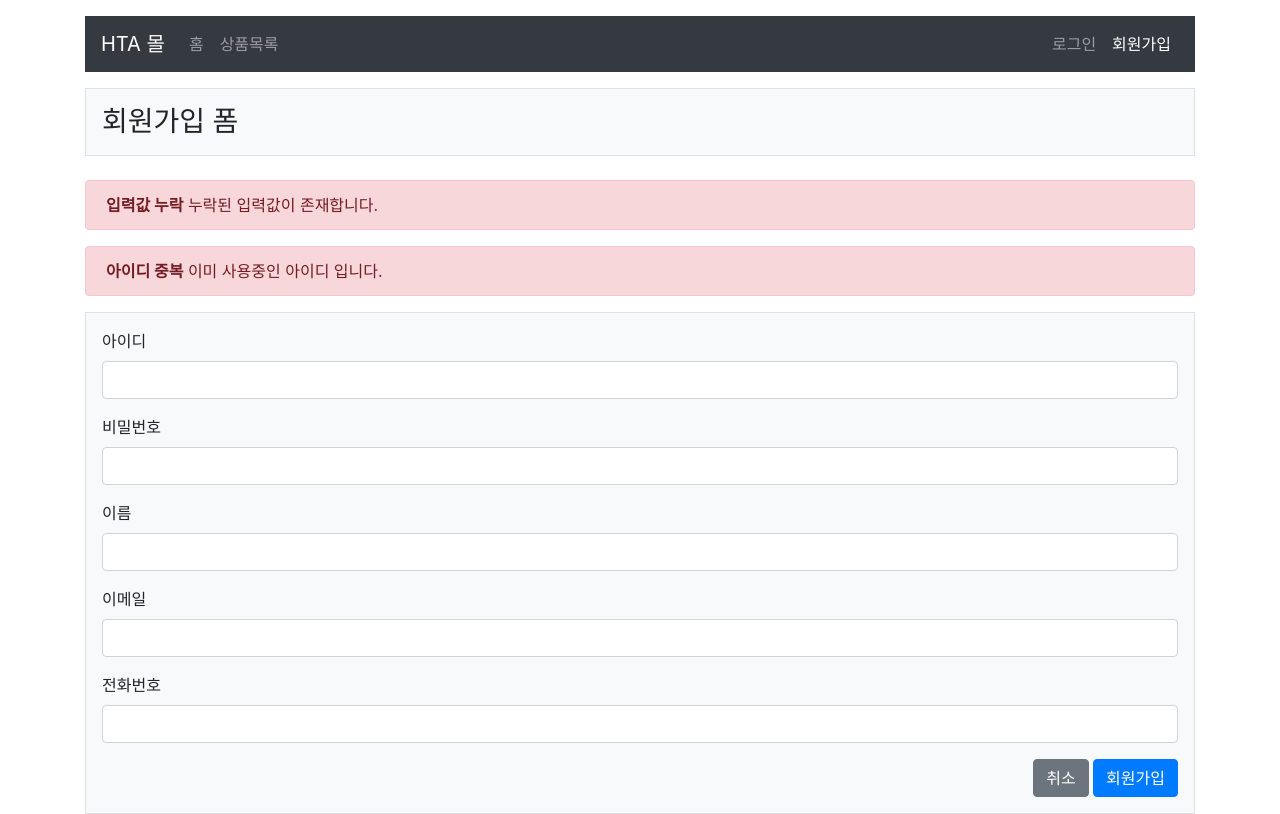
Repository: onuo77/ja_HTA
Page: http://localhost/sample-mybatis/user/registerform.jsp
These files come from the project's save history. The page is drawn as it stood at one moment and after the next save; the edit follows.
The browser window is 1280 px wide. The pictures show the whole page.
The page is served by Tomcat 9.

Above is the page before, as saved 2021-05-28 02:48:05.

After the next save:
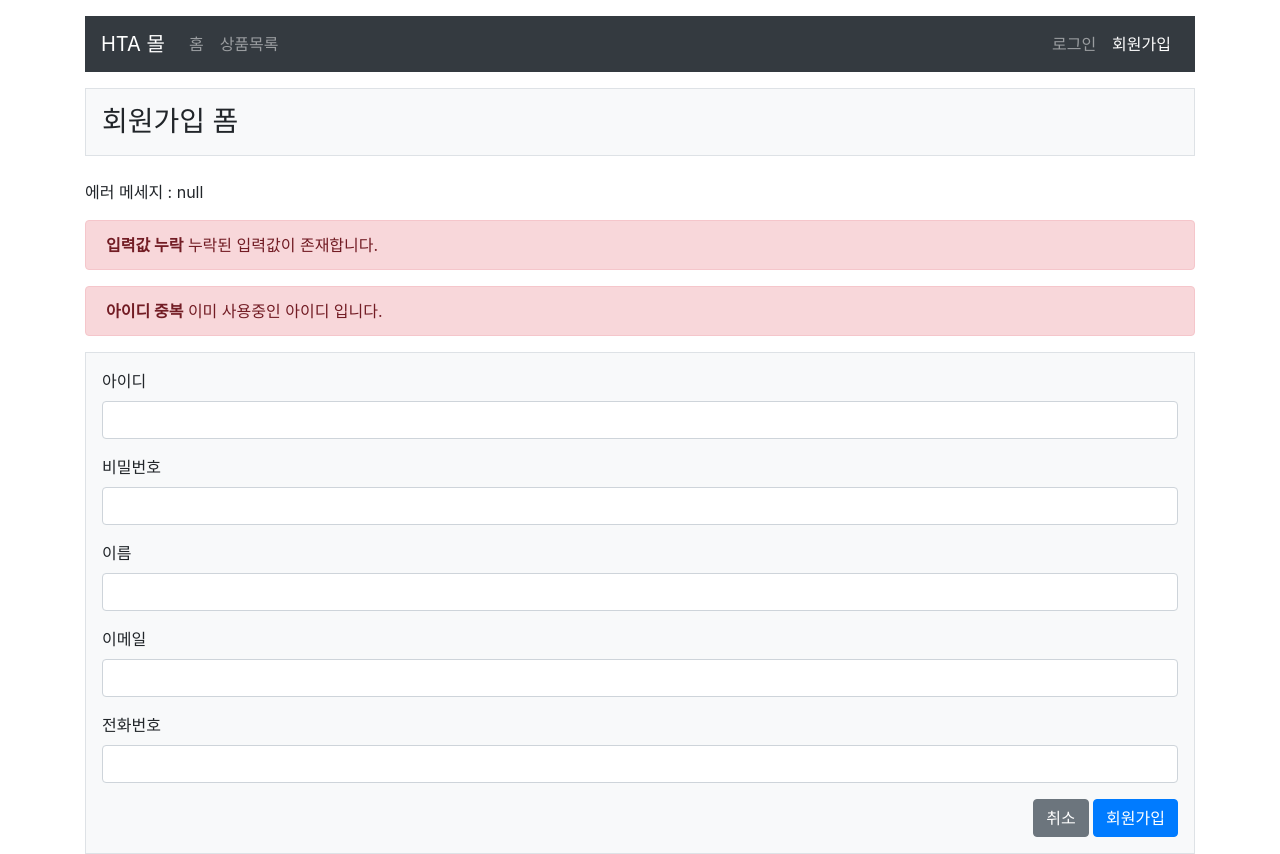
Saved 40 s later.
--- a/java-web/sample-mybatis/src/main/webapp/user/registerform.jsp
+++ b/java-web/sample-mybatis/src/main/webapp/user/registerform.jsp
@@ -2,7 +2,7 @@
 <!DOCTYPE html>
 <html lang="ko">
 <head>
-	<title>Bootstrap 4 Example</title>
+	<title>상품몰</title>
  	<meta charset="utf-8">
   	<meta name="viewport" content="width=device-width, initial-scale=1">
   	<link rel="stylesheet" href="https://maxcdn.bootstrapcdn.com/bootstrap/4.5.2/css/bootstrap.min.css">
@@ -28,6 +28,7 @@
 		</div>
 		<div class="row">
 			<div class="col-12">
+				<p>에러 메세지 : <%=failMessage %></p>
 				<div class="alert alert-danger">
 					<strong>입력값 누락</strong> 누락된 입력값이 존재합니다.
 				</div>

After the save that followed:
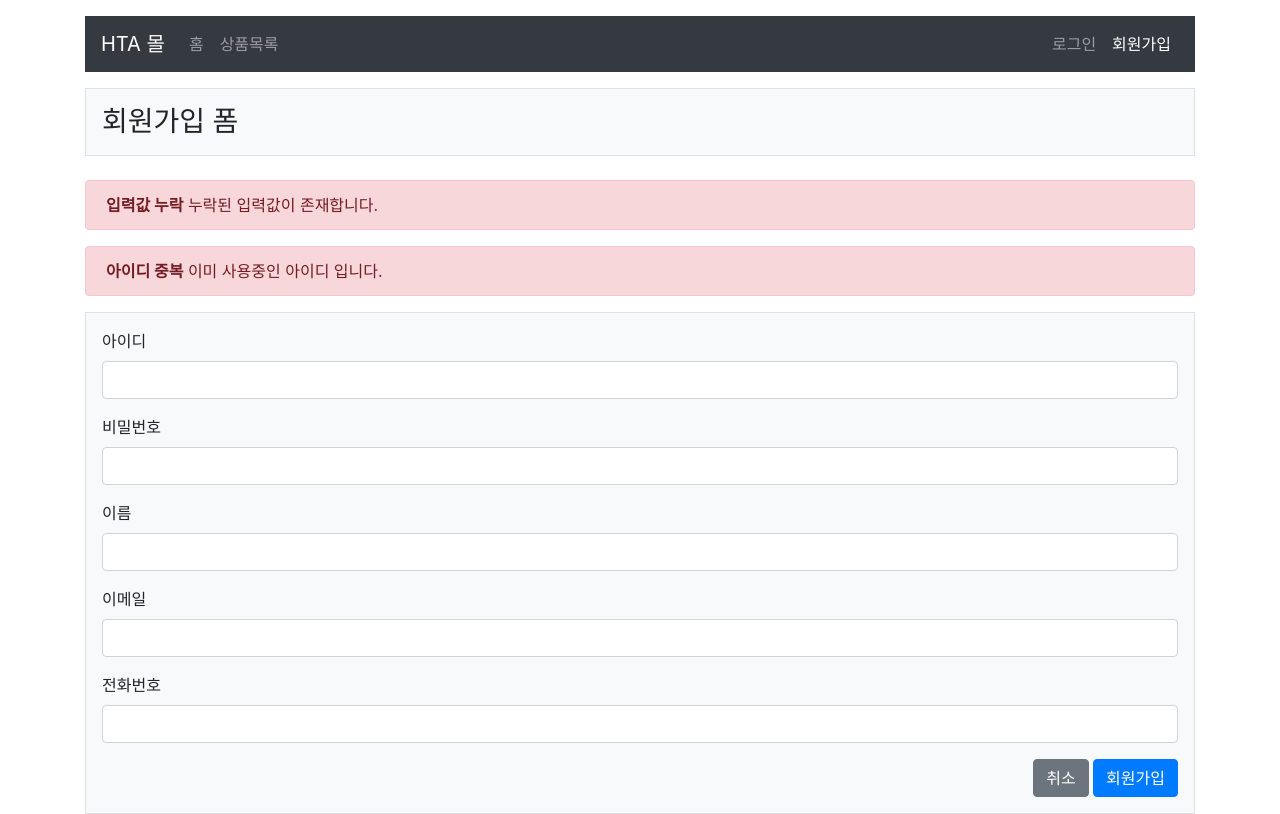
Saved 52 s later.
--- a/java-web/sample-mybatis/src/main/webapp/user/registerform.jsp
+++ b/java-web/sample-mybatis/src/main/webapp/user/registerform.jsp
@@ -28,7 +28,7 @@
 		</div>
 		<div class="row">
 			<div class="col-12">
-				<p>에러 메세지 : <%=failMessage %></p>
+				<!-- <p>에러 메세지 : <%=failMessage %></p> -->
 				<div class="alert alert-danger">
 					<strong>입력값 누락</strong> 누락된 입력값이 존재합니다.
 				</div>
